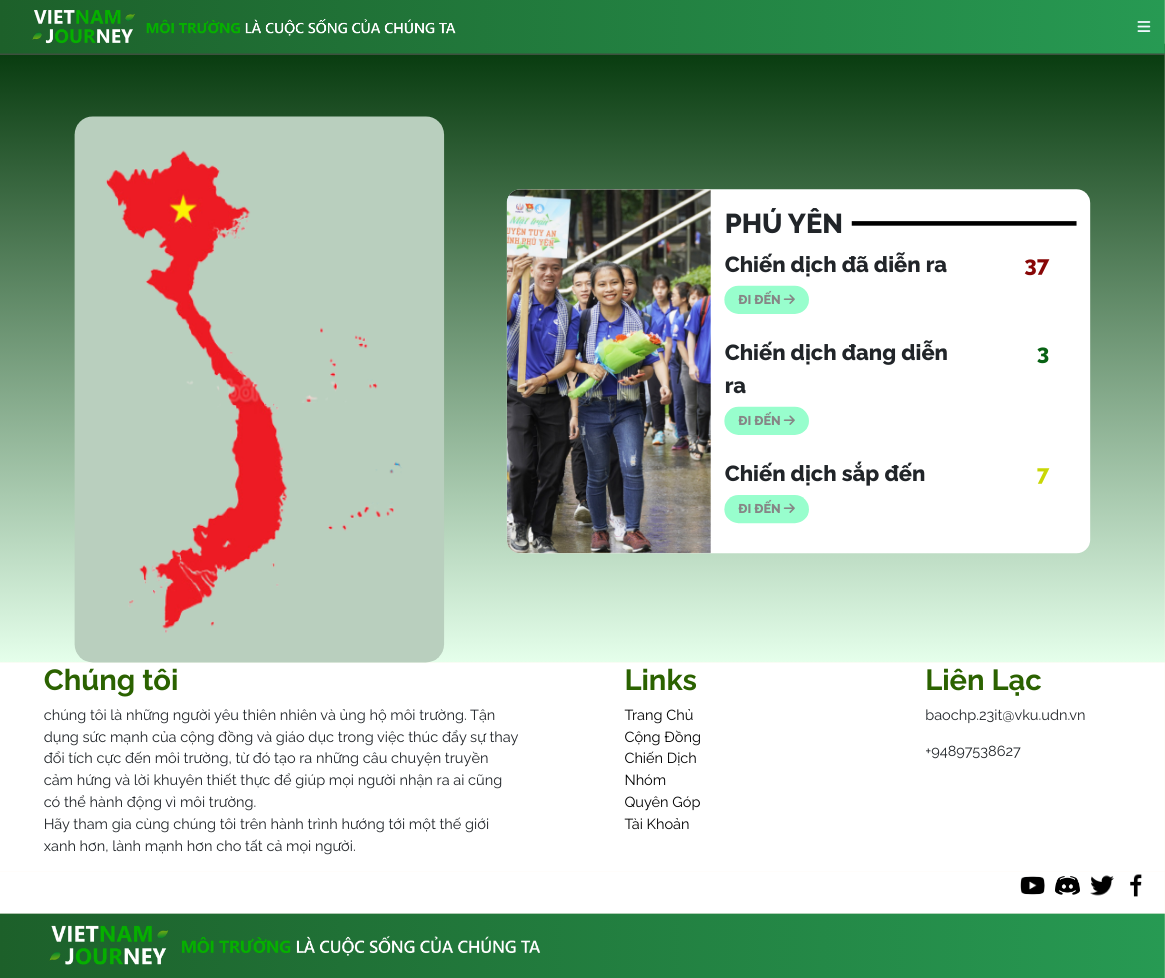
Repository: Boima12/Boima12.github.io_VietnamJourney
Page: HTML/ChienDich/ChienDich.html
The author's editor kept a copy of each file at every save. The page is drawn from the files as they stood at one save, then again after a run of saves.
The browser window is 1280 px wide. The pictures show the whole page, at 91% of full size.

Above is the page before, as saved 2024-05-25 08:13:01.

### HTML/ChienDich/ChienDich.html
<!DOCTYPE html>
<HTML lang="en">

<HEAD>
    <TITLE>Chiến Dịch</TITLE>
    <meta charset="UTF-8">
    <meta name="viewport" content="width=device-width, initial-scale=1.0">

    <!-- CSS -->
    <link rel="stylesheet" href="ChienDich.css">

    <!-- Favicon -->
    <link rel="icon" type="image/x-icon" href="../../Images/yo.ico">

    <!--Bootstrap 5-->
    <link href="https://cdn.jsdelivr.net/npm/bootstrap@5.3.3/dist/css/bootstrap.min.css" rel="stylesheet">
    <script src="https://cdn.jsdelivr.net/npm/bootstrap@5.3.3/dist/js/bootstrap.bundle.min.js"></script>
    <!-- <link rel="stylesheet" href="https://cdn.jsdelivr.net/npm/bootstrap@4.6.2/dist/css/bootstrap.min.css" integrity="sha384-xOolHFLEh07PJGoPkLv1IbcEPTNtaed2xpHsD9ESMhqIYd0nLMwNLD69Npy4HI+N" crossorigin="anonymous"> -->
    <!-- Font Awesome -->
    <link rel="stylesheet" href="https://cdnjs.cloudflare.com/ajax/libs/font-awesome/6.5.1/css/all.min.css">
</HEAD>



<BODY style="background-color: #FFF4E6;">

    <!-- header là Navigation bar -->
    <header id="header1">
        <div class="logo">
            <img class="logo1" src="../../Images/header1.png" onclick="navToIntro()" style="height: 40px;">
            <img class="logo2" src="../../Images/header2.png" onclick="navToIntro()">
        </div>

        <div class="links">
            <nav>
                <a href="../TrangChu/TrangChu.html">TRANG CHỦ</a>
                <a href="../CongDong/CongDong.html">CỘNG ĐỒNG</a>
                <a href="../ChienDich/ChienDich.html">CHIẾN DỊCH</a>
                <a href="../Nhom/Nhom.html">NHÓM</a>
                <a href="../QuyenGop/QuyenGop.html">QUYÊN GÓP</a>
                <a href="../TaiKhoan/TaiKhoan.html">TÀI KHOẢN</a>
            </nav>
        </div>

        <div class="bar" onclick="MenuBar()">
            <i class="fa-solid fa-bars"></i>
        </div>

        <div id="overlay"></div>

        <div id="sidebar">
            <div class="sidebar-content">

                <div style="color: aliceblue;text-align: right;margin-top:0;" onclick="CloseBar()"><i
                        class="fa-solid fa-bars"></i></div>

                <!-- <p>VỀ CHÚNG TÔI <i class="fa-regular fa-address-card"></i></p> -->
                <a href="../TrangChu/TrangChu.html">TRANG CHỦ <i class="fa-solid fa-house"></i></a>
                <a href="../CongDong/CongDong.html">CỘNG ĐỒNG <i class="fa-solid fa-earth-americas"></i></a>
                <a href="../ChienDich/ChienDich.html">CHIẾN DỊCH <i class="fa-solid fa-fire"></i></a>
                <a href="../Nhom/Nhom.html">NHÓM <i class="fa-solid fa-people-group"></i></a>
                <a href="../QuyenGop/QuyenGop.html">QUYÊN GÓP <i class="fa-solid fa-hand-holding-dollar"></i></a>
                <a href="../TaiKhoan/TaiKhoan.html">TÀI KHOẢN <i class="fa-solid fa-user"></i></a>
            </div>

        </div>

    </header>
    <div style="height: 3rem;"></div> <!-- Cách một khoảng cho navigation bar -->















<!-- LÀM Ở ĐÂY -->
    <div class="section-one">
        <div class="container">
            <div class="row">
                <div class="col-xl-5  col-lg-5 col-md-12 col-sm-12 col-12">
                    <div class="map">
                        <img src="./images/bando.png" alt="bản đồ việt nam">
                    </div>
                </div>
                <div class="col-xl-7 col-lg-7 col-md-12 col-sm-12 col-12">
                    <div class="right">
                        <div class="search">
                            <div class="inner-search"></div>
                            <div class="inner-combobox"></div>
                        </div>
                        <div class="content">
                            <img src="./images/anh1.jpg" alt="">
                            <div class="inner-content">
                                <div class="inner-title">
                                    <div class="inner-text">PHÚ YÊN</div>
                                    <div class="inner-line"></div>
                                </div>
                                <div class="part">
                                    <div class="inner-content">
                                        <div class="inner-title">Chiến dịch đã diễn ra</div>
                                        <div class="inner-button">ĐI ĐẾN <i class="fa-solid fa-arrow-right"></i></div>
                                    </div>
                                    <div class="inner-count red">37</div>
                                </div>
                                <div class="part">
                                    <div class="inner-content">
                                        <div class="inner-title">Chiến dịch đang diễn ra</div>
                                        <div class="inner-button">ĐI ĐẾN <i class="fa-solid fa-arrow-right"></i></div>
                                    </div>
                                    <div class="inner-count green">3</div>
                                </div>
                                <div class="part">
                                    <div class="inner-content">
                                        <div class="inner-title">Chiến dịch sắp đến</div>
                                        <div class="inner-button">ĐI ĐẾN <i class="fa-solid fa-arrow-right"></i></div>
                                    </div>
                                    <div class="inner-count yellow">7</div>
                                </div>
                            </div>
                        </div>
                    </div>
                </div>
            </div>
        </div>
    </div>















    <footer>
        <div class="up">
            <div id="about">
                <h2>Chúng tôi</h2>
                <p>chúng tôi là những người yêu thiên nhiên và ủng hộ môi trường. Tận dụng sức mạnh của cộng đồng và giáo dục trong việc thúc đẩy sự thay đổi tích cực đến môi trường, từ đó tạo ra những câu chuyện truyền cảm hứng và lời khuyên thiết thực để giúp mọi người nhận ra ai cũng có thể hành động vì môi trường.<br>
                    Hãy tham gia cùng chúng tôi trên hành trình hướng tới một thế giới xanh hơn, lành mạnh hơn cho tất cả mọi người.
                </p>
            </div>

            <div id="quickLinks">
                <h2>Links</h2>
                <a href="../../HTML/TrangChu/TrangChu.html">Trang Chủ</a>
                <a href="../../HTML/CongDong/CongDong.html">Cộng Đồng</a>
                <a href="../../HTML/ChienDich/ChienDich.html">Chiến Dịch</a>
                <a href="../../HTML/Nhom/Nhom.html">Nhóm</a>
                <a href="../../HTML/QuyenGop/QuyenGop.html">Quyên Góp</a>
                <a href="../../HTML/TaiKhoan/TaiKhoan.html">Tài Khoản</a>
            </div>

            <div id="contacts">
                <h2>Liên Lạc</h2>
                <p>baochp.23it@vku.udn.vn</p>
                <p>+94897538627</p>
            </div>
        </div>


        <div class="mid">
            <a href="https://www.youtube.com/channel/UC1cpkfqLNp6I1HgNy2MUhUg"><img src="../../Images/youtube_icon.png"></a>
            <a href="https://discord.com/invite/45fkbZcj"><img src="../../Images/discord_icon.png"></a>
            <a href="https://x.com/dog_rates"><img src="../../Images/twitter_icon.png"></a>
            <a href="https://web.facebook.com/vku.udn.vn/?_rdc=1&_rdr"><img src="../../Images/facebook_icon.png"></a>
        </div>


        <div class="bot">
            <img class="logo1" src="../../Images/header1.png">
            <img class="logo2" src="../../Images/header2.png">
        </div>
    </footer>


    <!-- JavaScript -->
    <script src="../../Script/ChienDich.js"></script>
    <noscript>Your Browser doesn't support JavaScript</noscript>

</BODY>

</HTML>

### HTML/ChienDich/ChienDich.css
/* IMPORTING */
@font-face {
    font-family: Raleway;
    src: url("../../Fonts/Raleway-VariableFont_wght.ttf");
}

/* END IMPORTING */

/*BASE*/
* {
    box-sizing: border-box;
}

:root {
    --color-bg: #05390C;
    --color-green: #00FF0A;
    --color-text: #000000;
    --color-desc: #868686;
  }

body {
    color: var(--color-text);
}

/*BASE*/

/* Loại bỏ margin - padding global */
* {
    margin: 0px;
    padding: 0px;
}


/* global font */
* {
    font-family: Raleway;
}



/* NAVIGATION BAR */
header {
    display: flex;
    align-items: center;
    justify-content: space-between;
    position: fixed;
    width: 100%;
    height: 60px;
    border-bottom: 1.5px solid rgb(97, 94, 94);
    background: linear-gradient(to right, rgb(29, 96, 42), rgb(39, 154, 83));
    z-index: 999;
}


header div.logo img {
    width: auto;
    height: 2.9rem;
    /* margin-left: 3rem; */
}

header div.logo img.logo1 {
    display: block;
    padding-left: 10px;
    margin: 20px;
}

header div.logo img.logo2 {
    display: none;
}


header div.links nav {
    display: flex;
    justify-content: space-around;
    width: 100%;
}


header div.links nav a {
    margin: 0;
    padding: 0 1rem;

    cursor: pointer;

    text-decoration: none;
    color: white;
    font-size: 16px;
    font-weight: 600;
}


header div.links nav a:hover {
    color: #b8e994;
}


header div.bar {
    display: none;
    margin-right: 1rem;

    color: aliceblue;
    text-align: right;
}


header #overlay {
    display: none;
    position: fixed;

    top: 0;
    left: 0;
    width: 100%;
    height: 100%;

    background-color: rgba(0, 0, 0, 0.8);

    z-index: 9999;
}


header #sidebar {
    display: flex;
    justify-content: flex-end;
    float: right;

    position: fixed;

    top: 0;
    right: -20%;
    width: 20%;
    height: 100%;
    border: none;
    overflow: hidden;

    background: linear-gradient(to top, rgb(37, 79, 46), rgb(53, 189, 105));

    transition: right 0.3s ease-in-out;
    z-index: 10000;

}


header #sidebar.open {
    right: 0;
}


header #sidebar div.sidebar-content {
    display: flex;
    flex-direction: column;
    overflow-y: auto;
    overflow-x: hidden;
    padding: 1.5rem;
    width: 100%;
}


header #sidebar div.sidebar-content a {
    text-align: right;
    text-decoration: none;
    font-size: 1.2rem;

    color: aliceblue;
    margin-top: 1.5rem;

    margin-right: 0;
}


header #sidebar div.sidebar-content a:hover {
    color: #b8e994;
}


header #sidebar div.sidebar-content i {
    font-size: smaller;
}

/* END NAVIGATION BAR */

/* SECTION-ONE */
.section-one {
    background-image: linear-gradient(to bottom, #05390C, #E5FFEB);
    padding-top: 80px;
}

.map {
    width: 90%;
    position: relative;
    border-radius: 20px;
    max-width: 100%;
    overflow: hidden;
    height: 600px;
    object-fit: cover;
    background-color: #b9cfbe ;
}

.map img {
    width: 100%;
    height: 100%;
}

.right {
    height: 600pxx;
}

.right .search {
    height: 50px;
    margin-bottom: 30px;
}



.right .content {
    display: flex;
    border-radius: 15px;
    overflow: hidden;
    height: 400px;
    background-color: white;
}

.right .content img {
    width: 35%;
    height: auto;
    object-fit: cover;
}

.right .content .inner-content {
    width: 65%;
    padding: 15px;
}

.right .content .inner-content .inner-title {
    width: 100%;
    font-size: 30px;
    font-weight: 800;
    display: flex;
    align-items: center;
    margin-bottom: 5px;
}

.right .content .inner-content .inner-title .inner-text {
    display: inline-block;
}

.right .content .inner-content .inner-title .inner-line {
    flex-grow: 1;
    position: relative;
    height: 5px;
    background-color: #000000;
    line-height: 100%;
    margin-left: 10px;
}

.right .content .inner-content .part {
    width: 100%;
    display: flex;
    justify-content: space-between;
    margin-bottom: 25px;
}

.right .content .inner-content .part .inner-content {
    padding: 0;
}

.right .content .inner-content .part .inner-content .inner-title{
    font-size: 24px;
}

.right .content .inner-content .part .inner-content .inner-button {
    font-size: 14px;
    font-weight: 800;
    color: var(--color-desc);
    background-color: #98FECD;
    display: inline-block;
    padding: 5px 15px 5px 15px;
    border-radius: 20px;
}

.right .content .inner-content .part .inner-count {
    font-size: 24px;
    font-weight: 800;
    text-align: center;
    margin-right: 30px;
}

.right .content .inner-content .part .red {
    color: #880707;
}

.right .content .inner-content .part .green {
    color: #086214;
}

.right .content .inner-content .part .yellow {
    color: #c9d705;
}

/* END SECTION-ONE */











































/* Code CSS ở đây */






































/* FOOTER */
footer div.up {
    display: flex;
    justify-content: space-around;
    gap: 1.2rem;
    width: 100%;

    background-color: white;

}


footer div.up h2 {
    font-weight: bold;
    color: #2B6200;
}


footer div.up #about {
    display: flex;
    flex-direction: column;
    justify-content: flex-start;

    width: 50%;
    padding-left: 3rem;
    padding-right: 3rem;
}


footer div.up #quickLinks {
    display: flex;
    flex-direction: column;
    justify-content: flex-start;

    width: 25%;
    padding-left: 3rem;
    padding-right: 3rem;
}


footer div.up #quickLinks a {
    text-decoration: none;
    color: black;
}


footer div.up #contacts {
    display: flex;
    flex-direction: column;
    justify-content: flex-start;

    width: 25%;
    padding-left: 3rem;
    padding-right: 3rem;
}


footer div.mid {
    display: flex;
    justify-content: flex-end;
    gap: 0.5rem;

    width: 100%;
    padding-right: 1rem;
    padding-bottom: 1rem;
    background-color: white;
}


footer div.mid a img {
    width: 30px;
    height: 30px;
}


footer div.bot {
    display: flex;
    justify-content: flex-start;

    padding-left: 3rem;
    padding-top: 0.75rem;
    padding-bottom: 0.75rem;
    width: 100%;

    background: linear-gradient(to right, rgb(29, 96, 42), rgb(39, 154, 83));
}


footer div.bot img {
    width: auto;
    height: 2.9rem;
}


footer div.bot img.logo1 {
    display: block;
}


footer div.bot img.logo2 {
    display: none;
}


/* END FOOTER */













/* RESPONSIVE DESIGN */
@media (max-width: 1380px) {
    header div.links nav a {
        display: none;
    }

    header div.bar  {
        display: block;
    }

    header #sidebar {
        right: -30%;
        width: 30%;
    }
}


@media (max-width: 950px) {
    footer div.up {
        flex-direction: column;
    }

    footer div.up #about {
        width: 100%;
    }

    footer div.up #quickLinks {
        width: 100%;
    }

    footer div.up #contacts {
        width: 100%;
    }
}


@media (max-width: 630px) {
    header {
        height: 3.5rem;
    }

    header div.logo img.logo1 {
        display: none;
    }

    header div.logo img.logo2 {
        display: block;
    }

    header div.logo img {
        width: auto;
        height: 3.5rem;
        margin-left: 14rem;
    }

    header #sidebar {
        right: -50%;
        width: 50%;
    }

    footer div.bot {
        justify-content: center;
        padding-left: 0rem;
    }

    footer div.bot img {
        height: 3.5rem;
    }

    footer div.bot img.logo1 {
        display: none;
    }

    footer div.bot img.logo2 {
        display: block;
    }
}


@media (max-width: 560px) {
    header div.logo img {
        margin-left: 8rem;
    }

    header #sidebar {
        right: -60%;
        width: 60%;
    }
}


@media (max-width: 320px) {
    header div.logo img {
        margin-left: 5rem;
    }
}

/* END RESPONSIVE DESIGN */

### Script/ChienDich.js
// header menu bar
const overlay = document.getElementById('overlay');
const sidebar = document.getElementById('sidebar');

function MenuBar() {
    overlay.style.display = 'block';
    sidebar.classList.add('open');
}

function CloseBar() {
    overlay.style.display = 'none';
    sidebar.classList.remove('open');
}


// back to intro when click the logo
function navToIntro() {
    window.location.href = '../../index.html';
}


// navigation bar background transparency
// const header = document.getElementById('header1');
// function toggle_header() {
//     if (window.screenY == 0) {
//         header.style.background = 'linear-gradient(to right, rgba(29, 96, 42, 0), rgba(39, 154, 83, 0))';
//     } else if (window.screenY < 210) {
//         header.style.background = 'linear-gradient(to right, rgba(29, 96, 42, ' + parseInt(window.scrollY)*2 / 300 + '), rgba(39, 154, 83, ' + parseInt(window.scrollY)*2 / 300 + '))';
//     } else {
//         header.style.background = 'linear-gradient(to right, rgba(29, 96, 42, 0.7), rgba(39, 154, 83, 0.7))';
//     }
// }

// window.addEventListener('scroll', toggle_header);

After the next 2 saves:
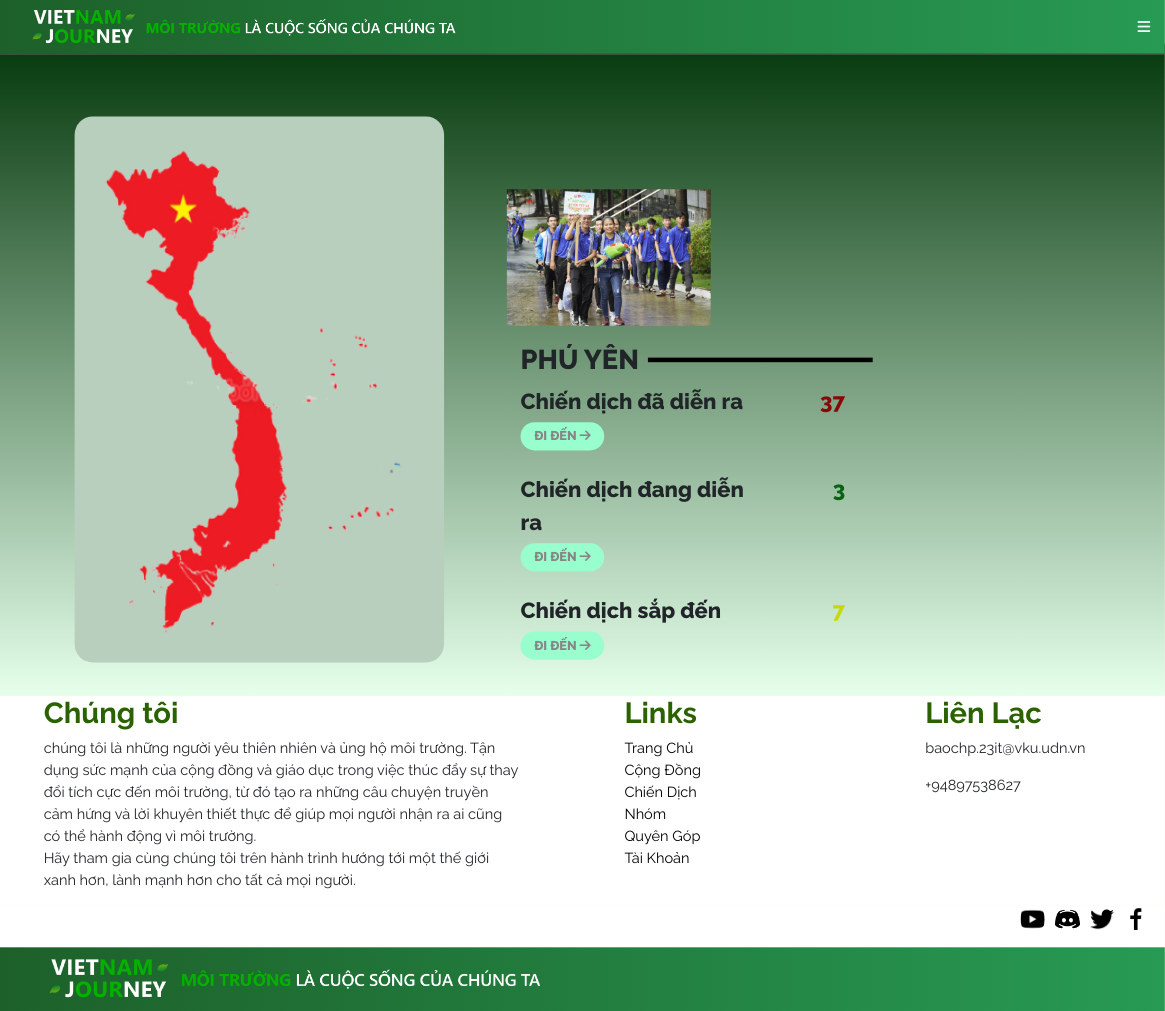
The 2 saves are shown as one change because they came seconds apart.
The last was saved 10 s later.
--- a/HTML/ChienDich/ChienDich.css
+++ b/HTML/ChienDich/ChienDich.css
@@ -209,6 +209,7 @@
     margin-bottom: 30px;
 }
 
+.right .search
 
 
 .right .content {

After the 2 saves that followed:
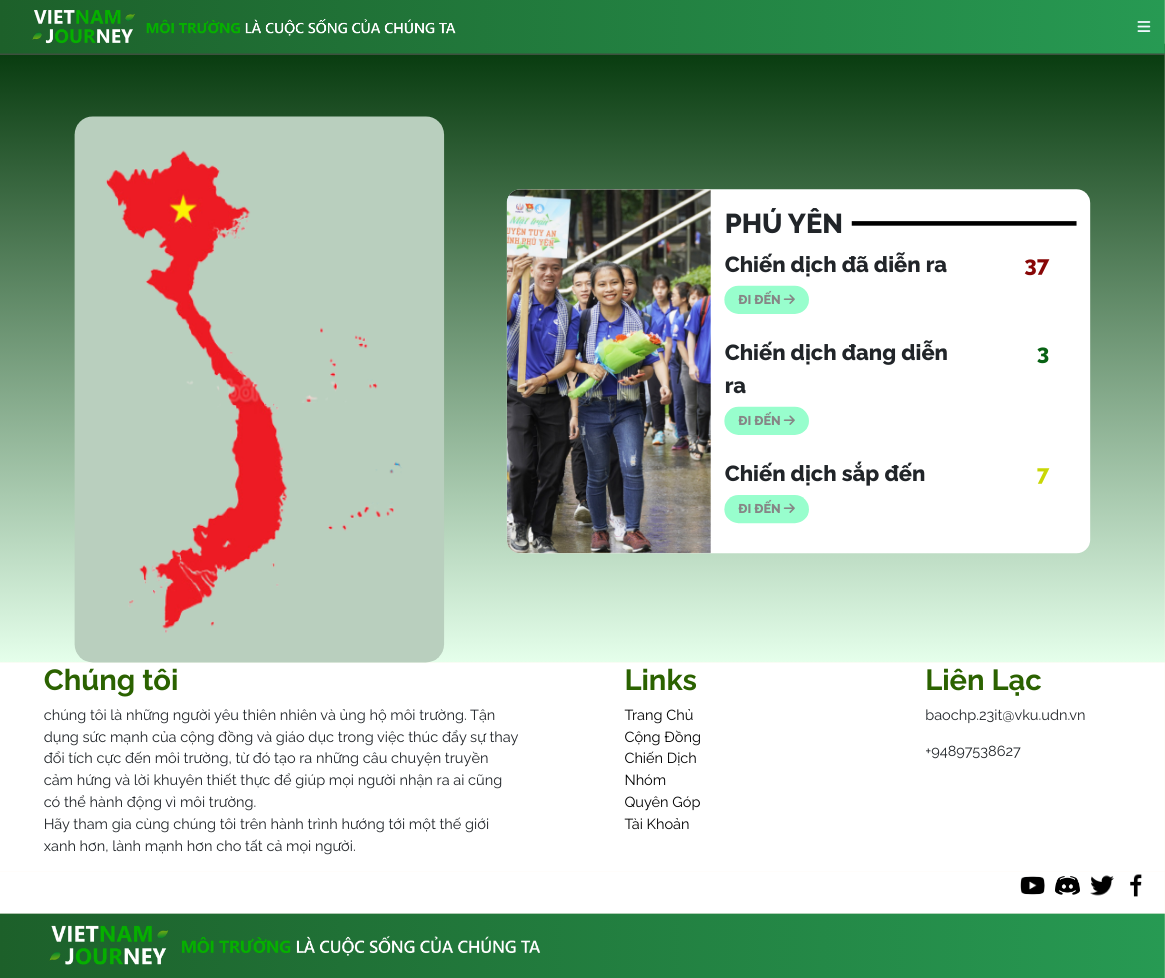
The 2 saves are shown as one change because 1 left the picture as it was.
The last was saved 12 s later.
--- a/HTML/ChienDich/ChienDich.css
+++ b/HTML/ChienDich/ChienDich.css
@@ -209,7 +209,9 @@
     margin-bottom: 30px;
 }
 
-.right .search
+.right .search .inner-search {
+    background-color: ;
+}
 
 
 .right .content {
